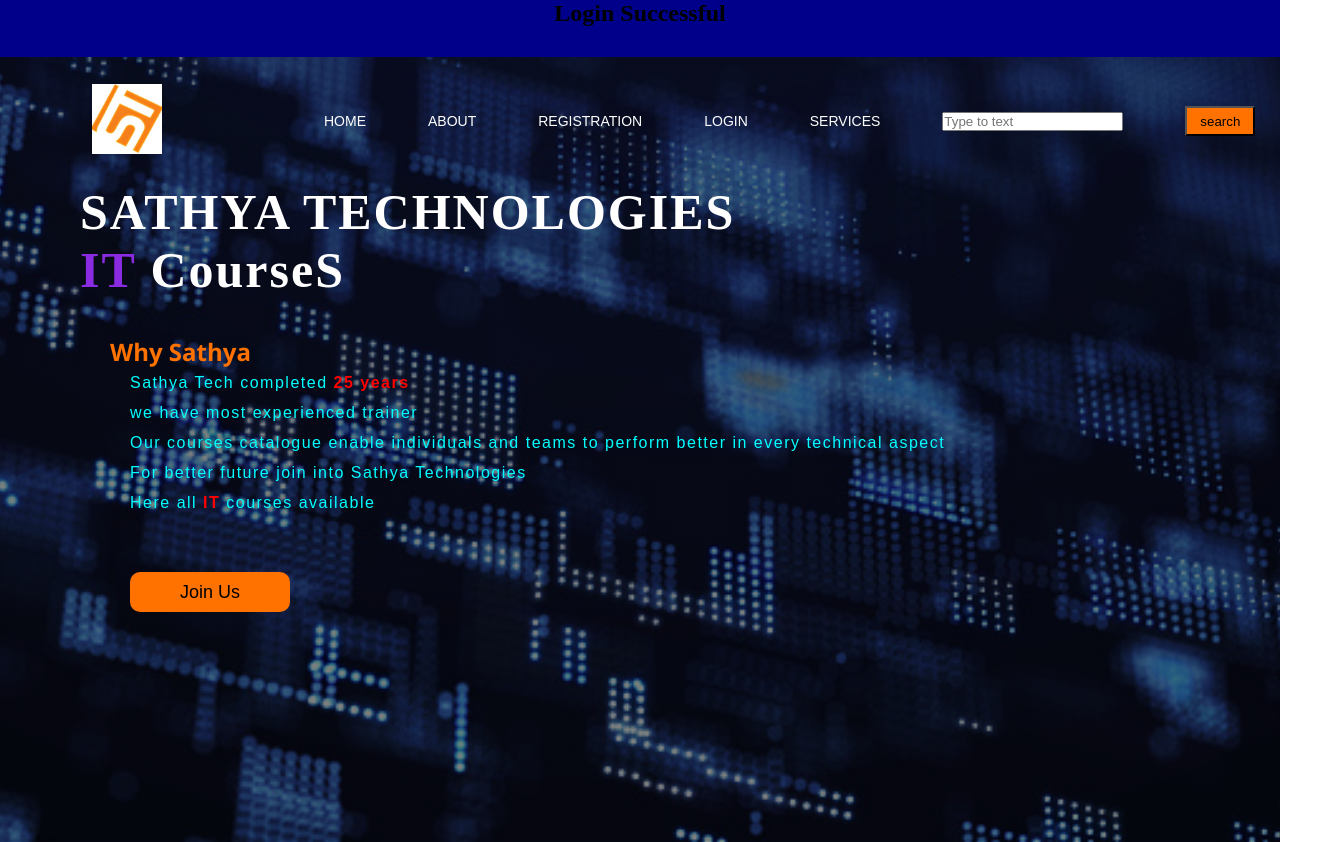
Repository: sainath0323/Website-design-using-J2EE
Page: http://localhost/AdvanceJavaApplication/loginsuccess.jsp
These files come from the project's save history. The page is drawn as it stood at one moment and after the next save; the edit follows.
The browser window is 1280 px wide. The page is 1317 px wide, so the pictures cover 1317 px, including what lies to the right of the window. The pictures show the whole page.
The page is served by Tomcat 9. Other server files are loaded and not shown.

Above is the page before, as saved 2023-04-26 08:22:44.

### AdvanceJavaApplication/src/main/webapp/loginsuccess.jsp
<%@ page language="java" contentType="text/html"%>
<!DOCTYPE html>
<html>
<head>
</head>
<body>
<div style="background-color: darkblue">
<h2 style="text-align: center; " >Login Successful</h2>
<jsp:include page="index.html"></jsp:include>
</div>
</body>
</html>

### AdvanceJavaApplication/src/main/webapp/index.html
<!DOCTYPE html>
<html lang="en">
<head>

<title>sathya technologies</title>
<link rel="stylesheet" href="index.css">
</head>
<body>
	<div class="main">
		<div class="navbar">

			<div class="menu">
				<ul>
					<li><img src="logo.jpeg" alt="sathya"></li>
					<li><a href="#">HOME</a></li>
					<li><a href="">ABOUT</a></li>
					<li><a href="Registration.html">REGISTRATION</a></li>
					<li><a href="login.html">LOGIN</a></li>
					<li><a href="#">SERVICES</a></li>
					<li><input type="search" name="" placeholder="Type to text"></li>
					<li><a href="#"><button class="btn">search</button></a></li>
					<li></li>

				</ul>
			</div>
			<br>

			<div class="content">
				<h1>
					SATHYA TECHNOLOGIES<br> <span style="color: blueviolet;">IT</span>
					CourseS
				</h1>
				<br> <br>
				<h2>Why Sathya</h2>
				<p>
					Sathya Tech completed <b style="color: red;">25 years</b> <br>we
					have most experienced trainer <br> Our courses catalogue
					enable individuals and teams to perform better in every technical
					aspect <br>For better future join into Sathya Technologies <br>
					Here all <b style="color: red;">IT</b> courses available
				</p>
				<br> <br> <br>
				<a href="#"><button class="cn">Join Us</button></a>
			</div>

		</div>
	</div>
</body>
</html>

### AdvanceJavaApplication/src/main/webapp/index.css
*{
    margin: 0;
    padding: 0;
}

.main{
    width: 100%;
    background:linear-gradient(to top,rgba(0,0,0,0.5)50%,rgba(0,0,0,0.5)50%),url(websiteimage.jpg)50%;
    background-position: center;
    background-size: cover;
    height: 109vh;
}

.navbar{
    width: 1200px;
    height: 20px;
    margin: 30px;
}


.menu{
width: 400px;
float: left;
height: 70px;
}

ul{
    float: left;
    display: flex;
    justify-content: center;
    align-items: center;
}
ul li{
    list-style: none;
    margin-left: 62px;
    margin-top: 27px;
    font-size: 14px;

}
ul li img{
    height: 70px;
    margin-top: 0%;
    padding-right:100px;
    padding: left 5px;;
}
ul li a{
    text-decoration: none;
    color: #fff;
    font-family: Arial;
    transition: 0.4s ease-in-out;

}
ul li a .btn{
    background-color:#ff7200;
    height: 30px;
    width: 70px;
}

ul li a:hover{
    color: orange;
}
.content{
    width: 1200px;
    height: auto;
    margin: auto;
    color: #fff;
    position: relative;

}
.content p{
    color: aqua;
    padding-left:100px;
    font-family: Arial;
    letter-spacing: 1.5px;
    line-height: 30px;

}
.content h1{
    font-family: 'Times New Roman';
    font-size: 50px;
    padding-left: 50px;
    margin-top: 9%;
    letter-spacing: 2px;
}
.content h2{
    padding-left:  80px;
 color: #ff7200;
 font-family:'Segoe UI', Tahoma, Geneva, Verdana, sans-serif ;

}
.content .cn{
    width: 160px;
    height: 40px;
    background:#ff7200;
    border: none;
    margin-bottom: 10px;
    margin-left: 100px;
    font-size: 18px;
    border-radius: 10px;
    cursor: pointer;

}
.conntent.cn a{
    text-decoration: none;
    color: #000;
    transition: .3s ease;
}
.cn:hover{
    background-color: #fff;
}
.conntent span{
    color: #ff7200;
    font-size: 60px;

}
.main2{
    width: 100%;
    background:linear-gradient(to top,rgba(0,0,0,0.5)50%,rgba(0,0,0,0.5)50%),url(logo.jpeg)50%;
    background-position: center;
    background-size: cover;
    height: 109vh;
}
.navbar{
    width: 1200px;
    height: 20px;
    margin: 30px;
}

After the next save:
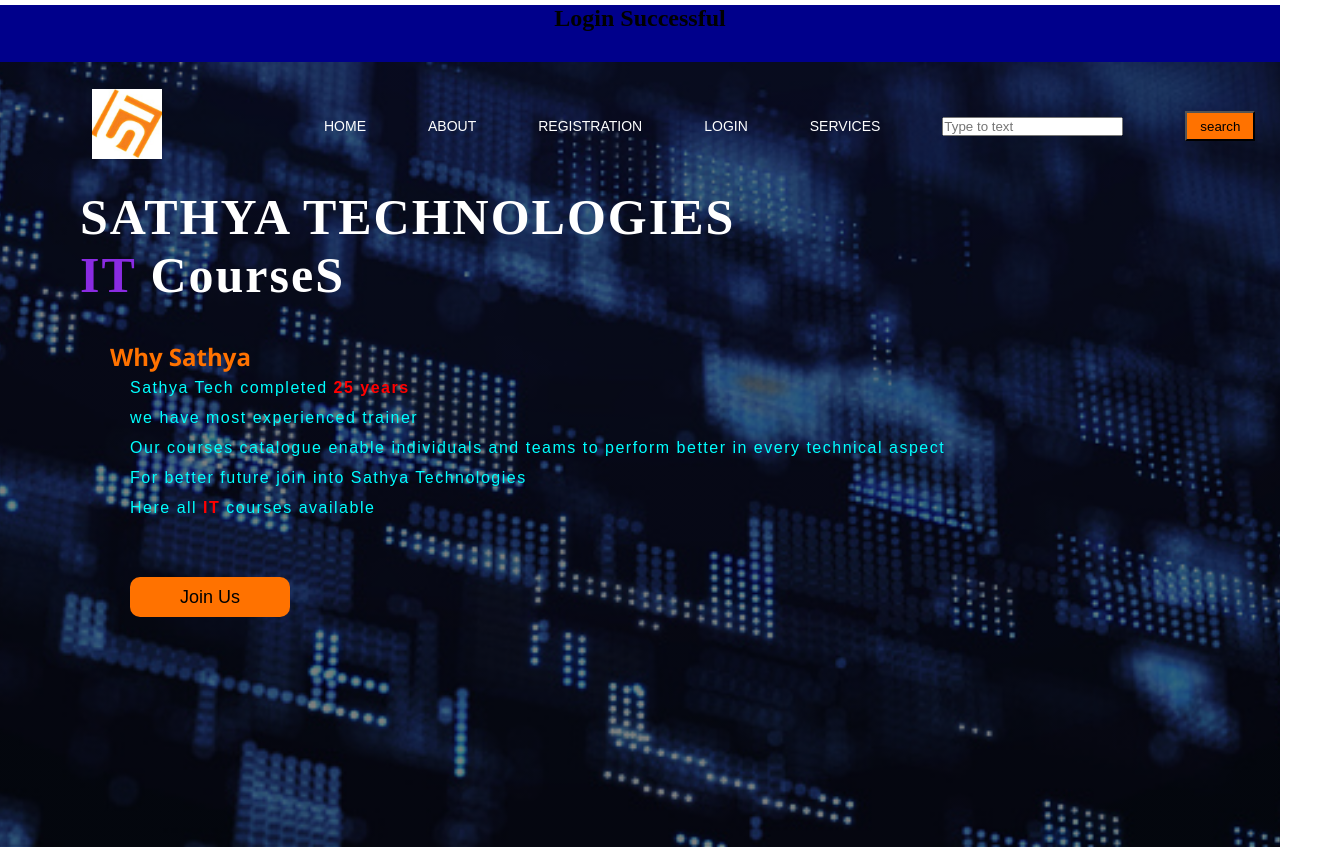
Saved 16 s later.
--- a/AdvanceJavaApplication/src/main/webapp/loginsuccess.jsp
+++ b/AdvanceJavaApplication/src/main/webapp/loginsuccess.jsp
@@ -5,7 +5,7 @@
 </head>
 <body>
 <div style="background-color: darkblue">
-<h2 style="text-align: center; " >Login Successful</h2>
+<h2 style="text-align: center; margin-top: 5px " >Login Successful</h2>
 <jsp:include page="index.html"></jsp:include>
 </div>
 </body>
